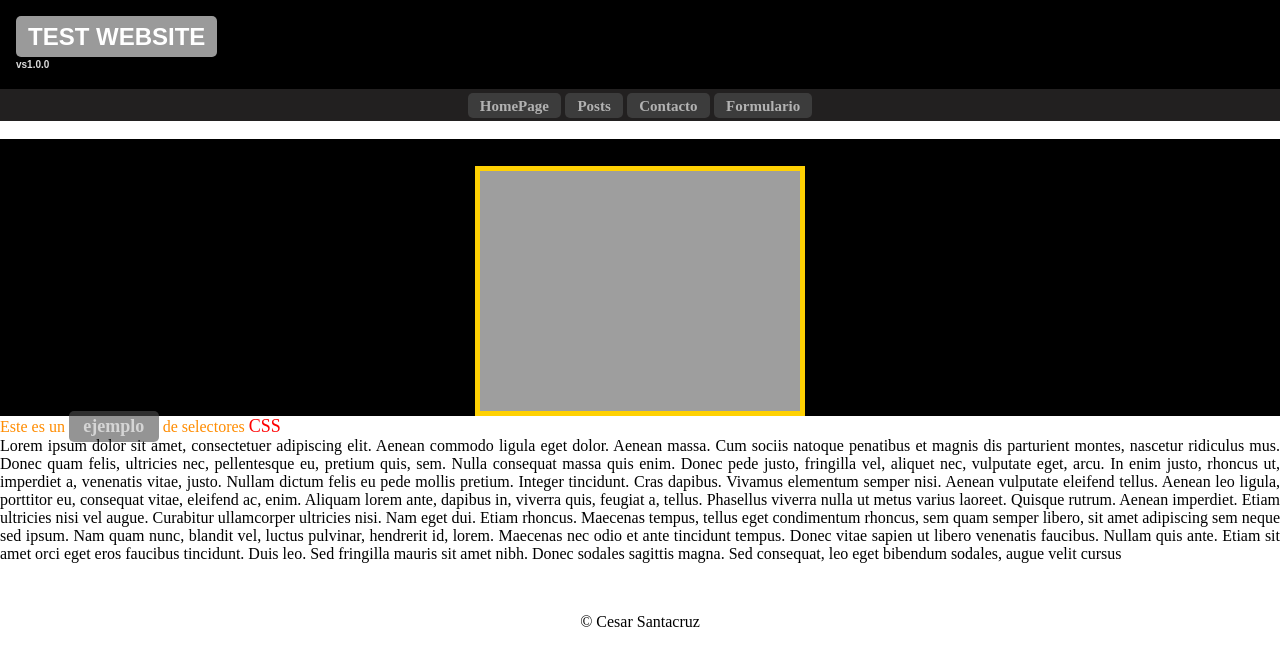
Repository: cesarsant0203/My_Study
Page: Introducción al desarrollo web/My Page 1/1.index.html
These files come from the project's save history. The page is drawn as it stood at one moment and after a run of saves; the edit follows.
The browser window is 1280 px wide. The pictures show the whole page.
Pictures or frames that could not be fetched are drawn as grey boxes.

Above is the page before, as saved 2020-04-29 18:43:59.

After the next 6 saves:
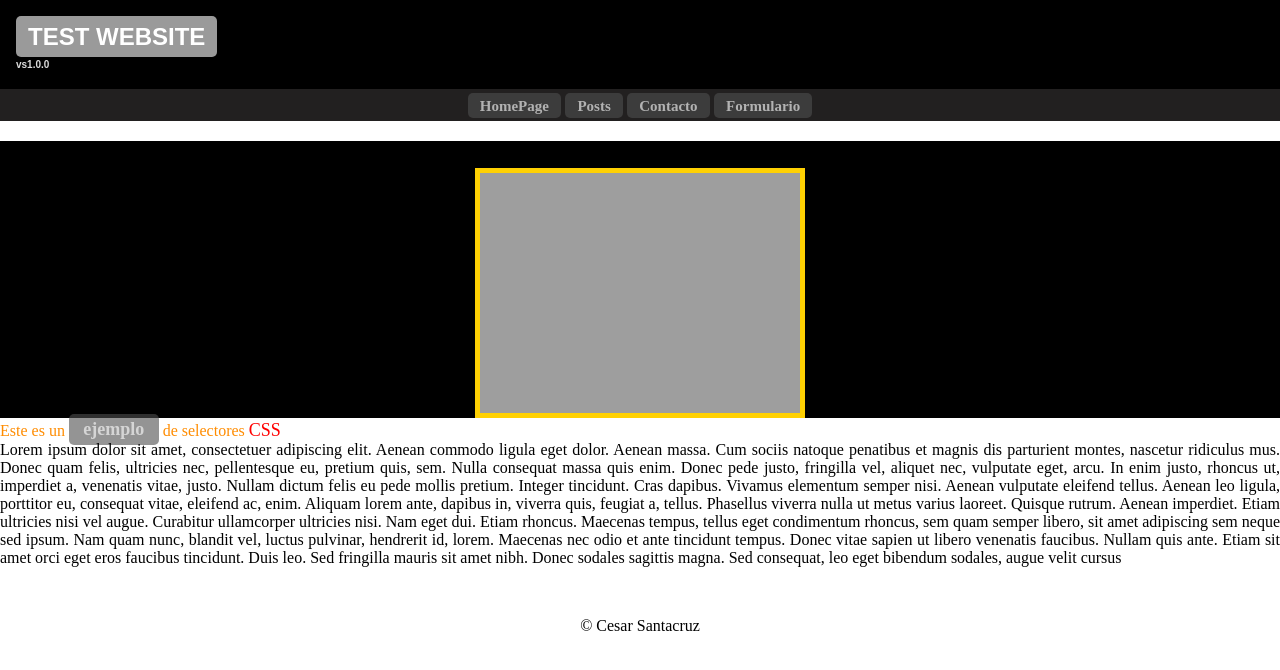
The 6 saves are shown as one change because they came seconds apart.
The last was saved 19 s later.
--- a/Introducción al desarrollo web/My Page 1/1.index.css
+++ b/Introducción al desarrollo web/My Page 1/1.index.css
@@ -86,7 +86,8 @@ section#navBar{
     background-color: black;
     text-align: center;
     box-sizing: border-box;
-    margin-top: ;
+    margin-top: 0.1em;
+    margin-bottom: 0.1em;
 }
 
 .bold {
